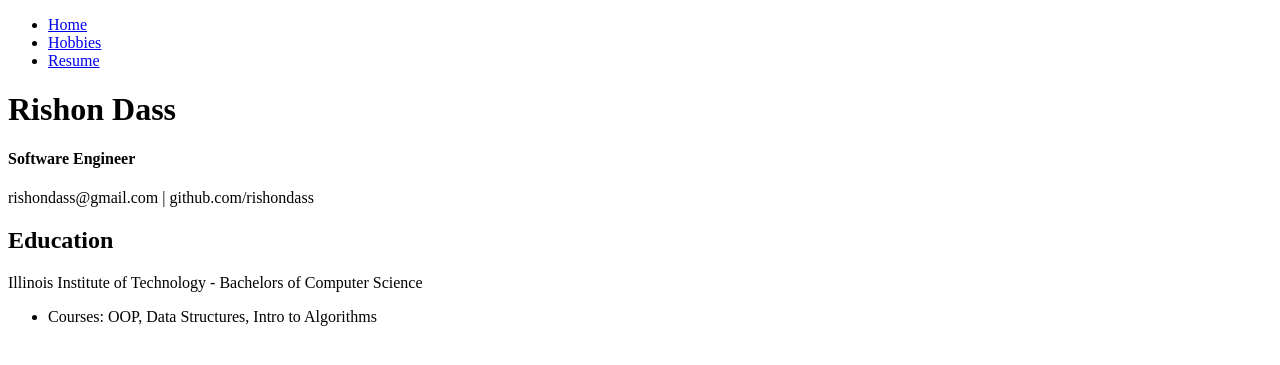
Repository: rishondass/ITMD361-Project1
Page: resume.html
The author's editor kept a copy of each file at every save. The page is drawn from the files as they stood at one save, then again after a run of saves.
The browser window is 1280 px wide. The pictures show the whole page.

Above is the page before, as saved 2023-02-22 15:20:22.

After the next 2 saves:
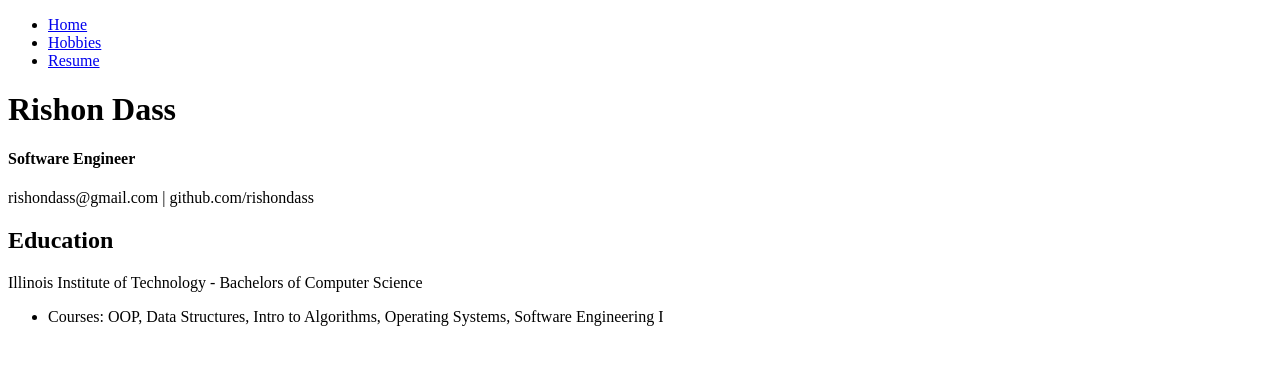
The 2 saves are shown as one change because they came seconds apart.
The last was saved 7 s later.
--- a/resume.html
+++ b/resume.html
@@ -39,7 +39,7 @@
         </p>
         <ul>
             <li>
-                Courses: OOP, Data Structures, Intro to Algorithms
+                Courses: OOP, Data Structures, Intro to Algorithms, Operating Systems, Software Engineering I
             </li>
         </ul>
     </div>
